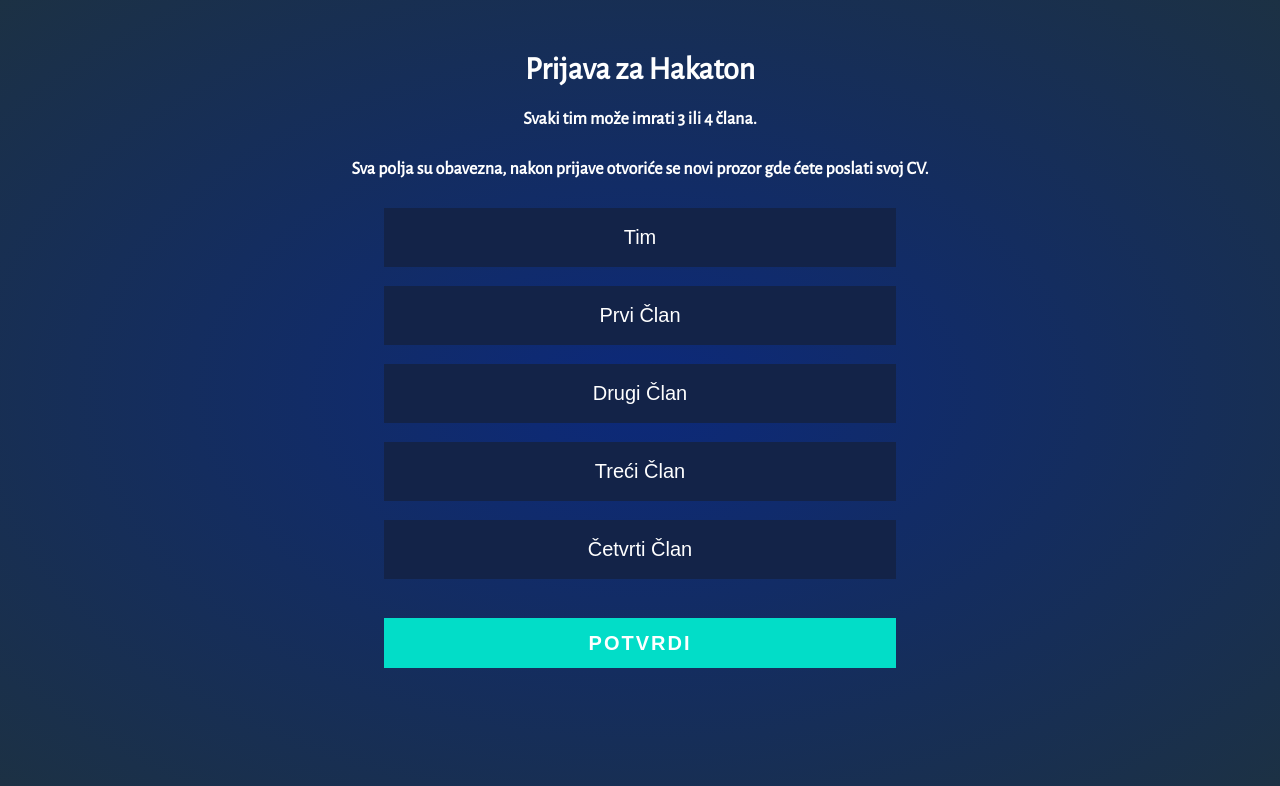
Repository: MilenaPetrovic/fonhakaton2019
Page: prijava/PrijaveHakaton.html
The author's editor kept a copy of each file at every save. The page is drawn from the files as they stood at one save, then again after the next save.
The browser window is 1280 px wide. The pictures show the whole page.
Some web libraries are served in a nearby version.

Above is the page before, as saved 2019-02-19 15:13:27.

### prijava/PrijaveHakaton.html
<!DOCTYPE html>
<html lang="en">
<head>
    <meta charset="UTF-8">
    <meta name="viewport" content="width=device-width, initial-scale=1.0">
    <meta http-equiv="X-UA-Compatible" content="ie=edge">
    <link rel="stylesheet" href="Prijave.css">
    <link href="https://fonts.googleapis.com/css?family=Alegreya+Sans" rel="stylesheet">
    <title>Prijava</title>
</head>
<body>

<h1>Prijava za Hakaton</h1>
<h3>Svaki tim može imrati 3 ili 4 člana.</h3>
<h3>Sva polja su obavezna, nakon prijave otvoriće se novi prozor gde ćete poslati svoj CV.</h3>

<form name="submit-to-google-sheet">
    <button type="button" class="collapsible">Tim</button>
    <div class="content">
        <div class="forma">
            <h2>Naziv tima:</h2>
            <input id="tim" name="naziv-tima" type="text" class="form-control" >
            <h2>Kako ste saznali za FON Hakaton?</h2>
            <textarea name="kako-ste-saznali" class="form-control" rows="3"></textarea>
            <h2>Da li ste učestvovali na sličnim takmičenjima? Ukoliko jeste, navedite na kojim i ukratko opišite iskustvo.</h2>
            <textarea name="iskustvo" class="form-control" rows="3"></textarea>
            <h2>Zašto ste se prijavili za FON Hakaton?</h2>
            <textarea name="zasto-ste-se-prijavili" class="form-control" rows="4" ></textarea>
            <h2>Navedite ključnu prednost i manu tima:</h2>
            <textarea name="prednost-mana" class="form-control" rows="3" ></textarea>
        </div>
    </div><br><br>

    <button type="button" class="collapsible">Prvi Član</button>
    <div class="content">
        <div class="forma">
            <h2>Ime i prezime</h2>
            <input id="name" name="ime-prezime1" type="text" class="form-control" >
            <h2>E-mail</h2>
            <input id="email1" name="email1" type="text" class="form-control" >
            <h2>Telefon</h2>
            <input name="telefon1" type="tel" class="form-control" >
            <h2>Fakultet/Srednja škola</h2>
            <input name="faks/skola1" type="text" class="form-control" >
            <h2>Godina studija/razred</h2>
            <input name="godina1" type="number" class="form-control" >
        </div>
    </div><br><br>

    <button type="button" class="collapsible">Drugi Član</button>
    <div class="content">
        <div class="forma">
            <h2>Ime i prezime</h2>
            <input name="ime-prezime2" type="text" class="form-control" >
            <h2>E-mail</h2>
            <input id="email2" name="email2" type="text" class="form-control" >
            <h2>Telefon</h2>
            <input name="telefon2" type="tel" class="form-control" >
            <h2>Fakultet/Srednja škola</h2>
            <input name="faks/skola2" type="text" class="form-control" >
            <h2>Godina studija/razred</h2>
            <input name="godina2" type="number" class="form-control" >
        </div>
    </div><br><br>

    <button type="button" class="collapsible">Treći Član</button>
    <div class="content">
        <div class="forma">
            <h2>Ime i prezime</h2>
            <input name="ime-prezime3" type="text" class="form-control" >
            <h2>E-mail</h2>
            <input id="email3" name="email3" type="email" class="form-control" >
            <h2>Telefon</h2>
            <input name="telefon3" type="tel" class="form-control" >
            <h2>Fakultet/Srednja škola</h2>
            <input name="faks/skola3" type="text" class="form-control" >
            <h2>Godina studija/razred</h2>
            <input name="godina3" type="number" class="form-control" >
        </div>
    </div><br><br>

    <button type="button" class="collapsible">Četvrti Član</button>
    <div class="content">
        <div class="forma">
            <h2>Ime i prezime</h2>
            <input name="ime-prezime4" type="text" class="form-control" >
            <h2>E-mail</h2>
            <input id="email4" name="email4" type="text" class="form-control" >
            <h2>Telefon</h2>
            <input name="telefon4" type="tel" class="form-control" >
            <h2>Fakultet/Srednja škola</h2>
            <input name="faks/skola4" type="text" class="form-control" >
            <h2>Godina studija/razred</h2>
            <input name="godina4" type="number" class="form-control" >
        </div>
    </div><br><br>

    <button id="dugme" type="submit" class="form-control submit" onclick="prijava();">POTVRDI</button>
    <h1 id="potvrda"></h1>
    <br><br>

</form>
<script src="https://code.jquery.com/jquery-2.1.1.min.js"></script>
<script src="PrijaveHakaton.js"></script>
<script>

function potvrda(){
    const scriptURL = 'https://script.google.com/macros/s/AKfycbxgH_Xq8de0HcJXcIGQgc8PqAEDzfhfFnNWLrZrLLU_c_zkAV9A/exec'
	const form = document.forms['submit-to-google-sheet']
	form.addEventListener("submit", e => {
		e.preventDefault()
		fetch(scriptURL, { method: 'POST', body: new FormData(form) })
			.then(response => console.log('Success!', response))
			.catch(error => console.error('Error!', error.message))
	})
}

function prijava(){
    if(document.getElementById("email1").value != '' &&
       document.getElementById("email2").value != '' ){
        potvrda();
        document.getElementById("potvrda").innerHTML ="Uspešno ste se prijavili";
        window.open('https://driveuploader.com/upload/37qMAd4w9h/');
        document.getElementById('dugme').style.display = 'none'
    } else{
        event.preventDefault();
        alert('Popunite sva polja');
    }
}

</script>

</body>
</html>

### prijava/Prijave.css
body{
    margin: 0;
    padding: 0;
    text-align: center;
    background-size: cover;
    background-position: center;
    font-family: 'Alegreya Sans', sans-serif;

    background-image: url(/img/Pozadina-12-12.jpg);
    background-repeat: no-repeat;

    background:
    radial-gradient(
        #0C297A,
        #1C3144
    );
}

textarea {
    resize: none;
    padding-left: 10px;
    padding-right: 10px;
    font-family: 'Alegreya Sans', sans-serif;
}

h1{
    margin-bottom: 20px;
    margin-top: 50px;
    color: #fff;
}

.form-control
{
    width: 600px;
    background: #02ddc74b;
    outline: none;
    border: 1px solid #02ddc8;
    color: #fff;
    font-size: 18px;
}

input
{
    height: 40px;
    padding-left: 10px;
    padding-right: 10px;
}

form .submit
{
    background: #02ddc8;
    border-color: transparent;
    color: #fff;
    font-size: 20px;
    font-weight: bold;
    letter-spacing: 2px;
    height: 50px;
    width: 40%;
    margin-top: 20px;
    margin-bottom: 30px;
}

form .submit:hover
{
    background-color: #01a595;
    cursor: pointer;
    transition: 0.2s;
}

h2 {
    font-size: 20px;
    color: #fff;
}

h3 {
    font-size: 18px;
    color: #fff;
    margin-bottom: 50px;
    margin-left: 20px;
    margin-right: 20px;
    height: 0px;
}

::placeholder {
    color: #02ddc8;
    font-family: 'Alegreya Sans', sans-serif;
}

.forma {
    width: 625px;
    text-align: left;
    margin: auto;
}

.cv {
    display: inline-block;
    padding: 6px 12px;
    cursor: pointer;
    background: #02ddc74b;
    outline: none;
    border: 1px solid #02ddc8;
    color: #fff;
    font-size: 18px;
}

.collapsible {
    background-color: #132348;
    color: white;
    cursor: pointer;
    padding: 18px;
    width: 40%;
    border: none;
    outline: none;
    font-size: 20px;
  }

.active, .collapsible:hover {
    background-color: #02ddc8;
    transition: 0.3s;
}

.content {
padding: 0 18px;
display: none;
overflow: hidden;
}

@media (max-width: 650px){

.content{
    width: 300px;
    padding: 0%;
    margin: auto;
}

h1{
    font-size: 25px;
}

h2{
    width: 300px;
    font-size: 17px;
}

.form-control, input{
    width: 285px;
    font-size: 15px;
    height: 30px;
    padding: 5px;
}

.collapsible, .submit {
    width: 300px;
    font-size: 17px;
    padding: 10px;;
}

h3{
    font-size: 15px;
}

}

### prijava/PrijaveHakaton.js
$(function () {
	//COLLAPSIBLE

	var coll = document.getElementsByClassName("collapsible");
	var i;
	var l;

	for (i = 0; i < coll.length; i++) {
		coll[i].addEventListener("click", function() {
		this.classList.toggle("active");
		var content = this.nextElementSibling;
		if (content.style.display === "block") {
			content.style.display = "none";
		} else {
			for (l =0 ; l < coll.length; l++){
				var cont = coll[l].nextElementSibling;
				cont.style.display = 'none'
			}
			content.style.display = "block";
		}
		});
	}

});

After the next save:
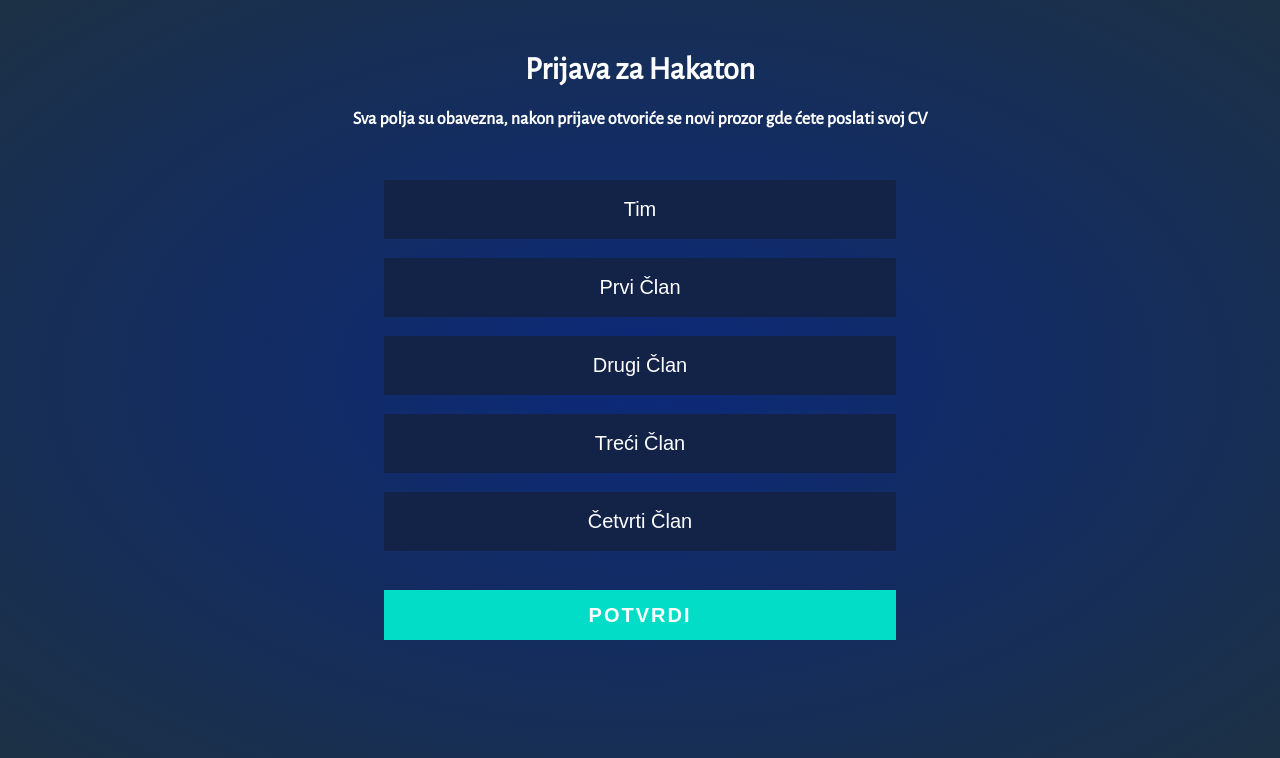
Saved 115 min 10 s later.
--- a/prijava/PrijaveHakaton.html
+++ b/prijava/PrijaveHakaton.html
@@ -11,8 +11,7 @@
 <body>
 
 <h1>Prijava za Hakaton</h1>
-<h3>Svaki tim može imrati 3 ili 4 člana.</h3>
-<h3>Sva polja su obavezna, nakon prijave otvoriće se novi prozor gde ćete poslati svoj CV.</h3>
+<h3>Sva polja su obavezna, nakon prijave otvoriće se novi prozor gde ćete poslati svoj CV</h3>
 
 <form name="submit-to-google-sheet">
     <button type="button" class="collapsible">Tim</button>
@@ -21,13 +20,13 @@
             <h2>Naziv tima:</h2>
             <input id="tim" name="naziv-tima" type="text" class="form-control" >
             <h2>Kako ste saznali za FON Hakaton?</h2>
-            <textarea name="kako-ste-saznali" class="form-control" rows="3"></textarea>
+            <textarea id="saznali" name="kako-ste-saznali" class="form-control" rows="3"></textarea>
             <h2>Da li ste učestvovali na sličnim takmičenjima? Ukoliko jeste, navedite na kojim i ukratko opišite iskustvo.</h2>
-            <textarea name="iskustvo" class="form-control" rows="3"></textarea>
+            <textarea id="iskustvo" name="iskustvo" class="form-control" rows="3"></textarea>
             <h2>Zašto ste se prijavili za FON Hakaton?</h2>
-            <textarea name="zasto-ste-se-prijavili" class="form-control" rows="4" ></textarea>
+            <textarea id="motivacija" name="zasto-ste-se-prijavili" class="form-control" rows="4" ></textarea>
             <h2>Navedite ključnu prednost i manu tima:</h2>
-            <textarea name="prednost-mana" class="form-control" rows="3" ></textarea>
+            <textarea id="prednostimane" name="prednost-mana" class="form-control" rows="3" ></textarea>
         </div>
     </div><br><br>
 
@@ -117,7 +116,25 @@ function potvrda(){
 
 function prijava(){
     if(document.getElementById("email1").value != '' &&
-       document.getElementById("email2").value != '' ){
+       document.getElementById("email2").value != '' &&
+       document.getElementById("email3").value != '' &&
+       document.getElementById("ime-prezime1").value != '' &&
+       document.getElementById("ime-prezime2").value != '' &&
+       document.getElementById("ime-prezime3").value != '' &&
+       document.getElementById("telefon1").value != '' &&
+       document.getElementById("telefon2").value != '' &&
+       document.getElementById("telefon3").value != '' &&
+       document.getElementById("faks/skola1").value != '' &&
+       document.getElementById("faks/skola2").value != '' &&
+       document.getElementById("faks/skola3").value != '' &&
+       document.getElementById("godina1").value != '' &&
+       document.getElementById("godina2").value != '' &&
+       document.getElementById("godina3").value != '' &&
+       document.getElementById("tim").value != '' &&
+       document.getElementById("saznali").value != '' &&
+       document.getElementById("iskustvo").value != '' &&
+       document.getElementById("motivacija").value != '' &&
+       document.getElementById("prednostimane").value != ''){
         potvrda();
         document.getElementById("potvrda").innerHTML ="Uspešno ste se prijavili";
         window.open('https://driveuploader.com/upload/37qMAd4w9h/');
--- a/prijava/Prijave.css
+++ b/prijava/Prijave.css
@@ -78,7 +78,6 @@ h3 {
     margin-bottom: 50px;
     margin-left: 20px;
     margin-right: 20px;
-    height: 0px;
 }
 
 ::placeholder {
